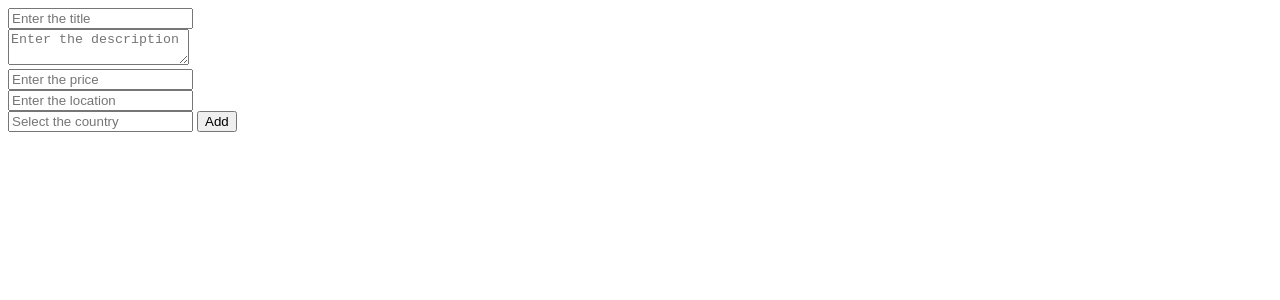
Repository: Mahanandapadavale123/majorProject
Page: http://localhost/listings/new
The author's editor kept a copy of each file at every save. The page is drawn from the files as they stood at one save, then again after the next save.
The browser window is 1280 px wide. The pictures show the whole page.
The page is served by the project's Node server (app.js).

Above is the page before, as saved 2024-08-10 13:37:27.

After the next save:
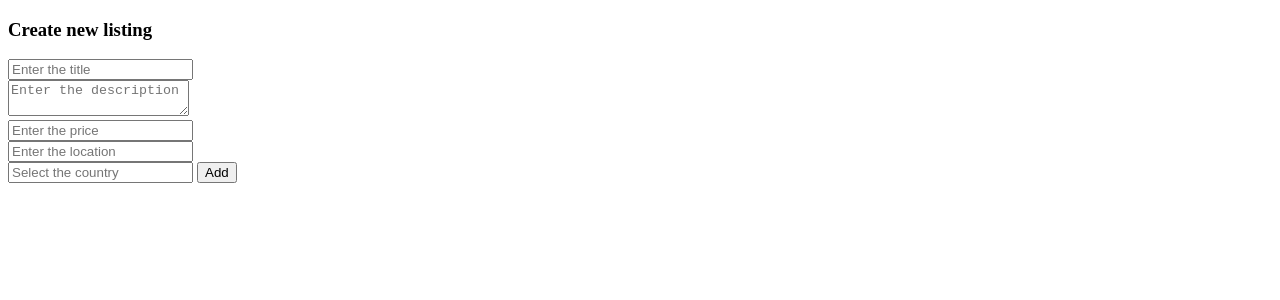
Saved 5 s later.
--- a/views/listings/new.ejs
+++ b/views/listings/new.ejs
@@ -6,6 +6,7 @@
     <title>WanderLust</title>
 </head>
 <body>
+    <h3>Create new listing</h3>
     <form action="/listings">
         <input type="text" name="Title" placeholder="Enter the title">
         <br>
